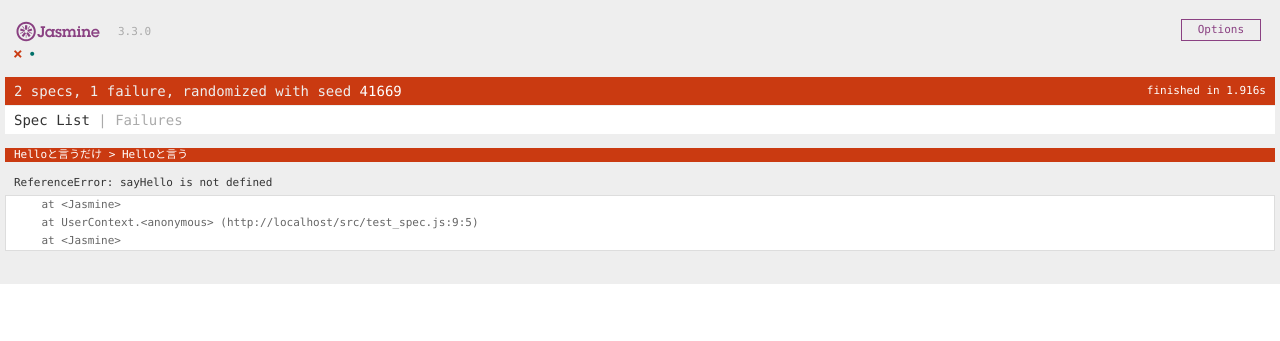
Repository: micabi/jasmine
Page: index.html
An editor plug-in stored every save of this project. The page is shown before and after the next save, followed by the edit.
The browser window is 1280 px wide. The pictures show the whole page.

Above is the page before, as saved 2018-10-31 23:40:28.

### index.html
<!DOCTYPE html>
<html>
<head>
  <meta charset="utf-8">
  <title>Jasmine Spec Runner v3.3.0</title>

  <link rel="shortcut icon" type="image/png" href="lib/jasmine-3.3.0/jasmine_favicon.png">
  <link rel="stylesheet" href="lib/jasmine-3.3.0/jasmine.css">

  <script src="lib/jasmine-3.3.0/jasmine.js"></script>
  <script src="lib/jasmine-3.3.0/jasmine-html.js"></script>
  <script src="lib/jasmine-3.3.0/boot.js"></script>


  <script src="src/test.js"></script>
  <script src="src/test_spec.js"></script>
</head>

<body>
</body>
</html>

### src/test.js
function add(a,b){
  return a + b;
}

function sayHellow(){
  return "Hello";
}

### src/test_spec.js
describe('足し算', function(){
  it('1 + 5 = 6になる', function(){
    expect(add(1,5)).toBe(6);
  });
});

describe("Helloと言うだけ", function(){
  it("Helloと言う", function(){
    expect(sayHello()).toEqual("Hey");
  });
});

Loaded but not shown: lib/jasmine-3.3.0/jasmine.css (library); lib/jasmine-3.3.0/jasmine.js (library); lib/jasmine-3.3.0/jasmine-html.js (library); lib/jasmine-3.3.0/boot.js (library)

After the next save:
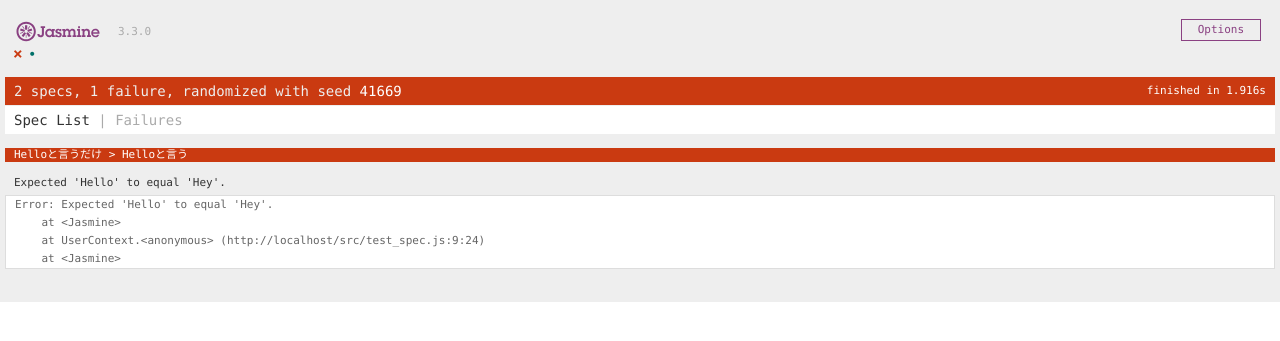
Saved 4 s later.
--- a/src/test.js
+++ b/src/test.js
@@ -2,6 +2,6 @@
   return a + b;
 }
 
-function sayHellow(){
+function sayHello(){
   return "Hello";
 }
